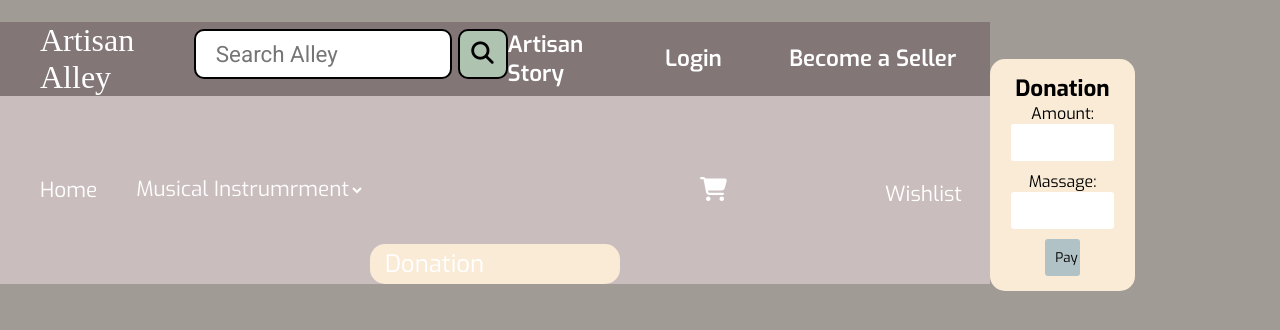
Repository: RingkhangBTY/Bytehacks_Hackathon_Project
Page: donation.html
An editor plug-in stored every save of this project. The page is shown before and after the next save, followed by the edit.
The browser window is 1280 px wide. The pictures show the whole page.
Some web fonts or font styles are not loaded; a fallback is used.

Above is the page before, as saved 2024-11-27 10:35:26.

After the next save:
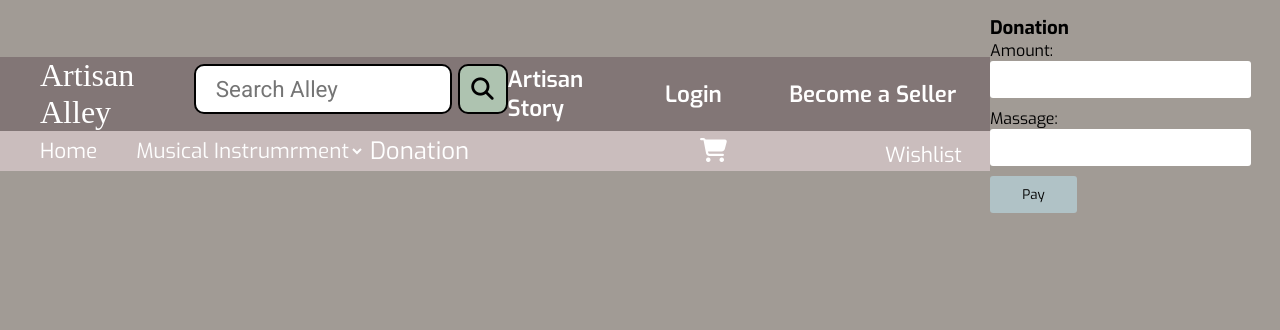
Saved 15 s later.
--- a/login/login-style.css
+++ b/login/login-style.css
@@ -51,16 +51,3 @@ button{
     transform: translateY(-5px);
     box-shadow: 0 7px rgba(0,0, 0, 0.2);
 }
-
-.donation-container{
-    background-color: antiquewhite;
-    border-radius: 15px;
-    padding: 15px;
-    width: 50%;
-    text-align: center;
-    margin-top: 15%;
-}
-
-.donation-container h3{
-    font-size: 1.4rem;
-}

After the 2 saves that followed:
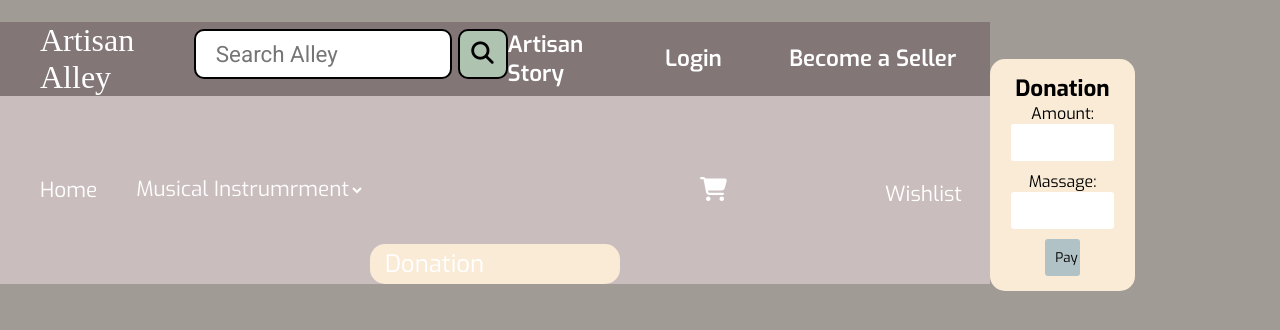
The 2 saves are shown as one change because they came seconds apart.
The last was saved 12 s later.
--- a/style.css
+++ b/style.css
@@ -250,3 +250,16 @@ footer{
   text-decoration: none;
   display: block;
 }
+
+.donation-container{
+  background-color: antiquewhite;
+  border-radius: 15px;
+  padding: 15px;
+  width: 50%;
+  text-align: center;
+  margin-top: 15%;
+}
+
+.donation-container h3{
+  font-size: 1.4rem;
+}
